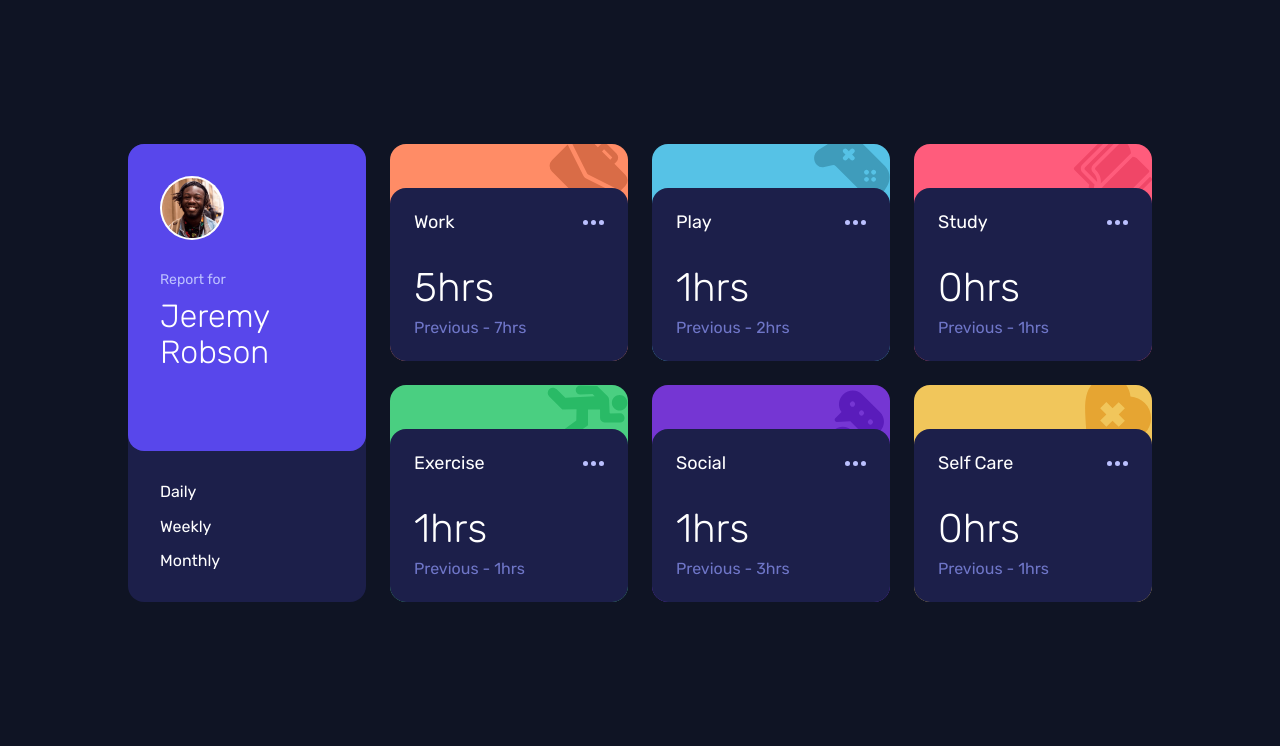
Repository: Jay-JYKim91/FM_time-tracking-dashboard
Page: index.html
An editor plug-in stored every save of this project. The page is shown before and after the next save, followed by the edit.
The browser window is 1280 px wide. The pictures show the whole page.

Above is the page before, as saved 2021-12-16 13:02:32.

After the next save:
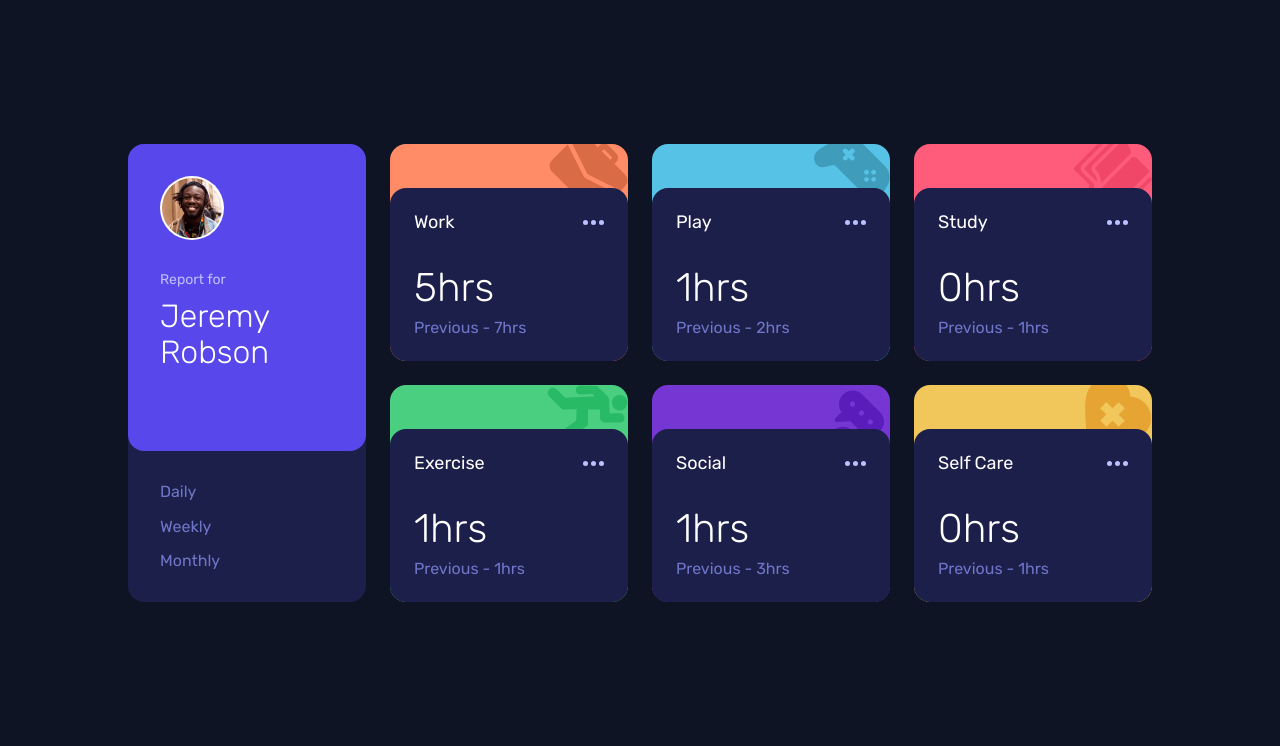
Saved 10 s later.
--- a/style.css
+++ b/style.css
@@ -55,7 +55,7 @@ p {
 .option input:checked label {
   color: white;
 }
-.option input {
+.option label {
   color: var(--desaturated-blue);
 }
 .profile-card--name {
